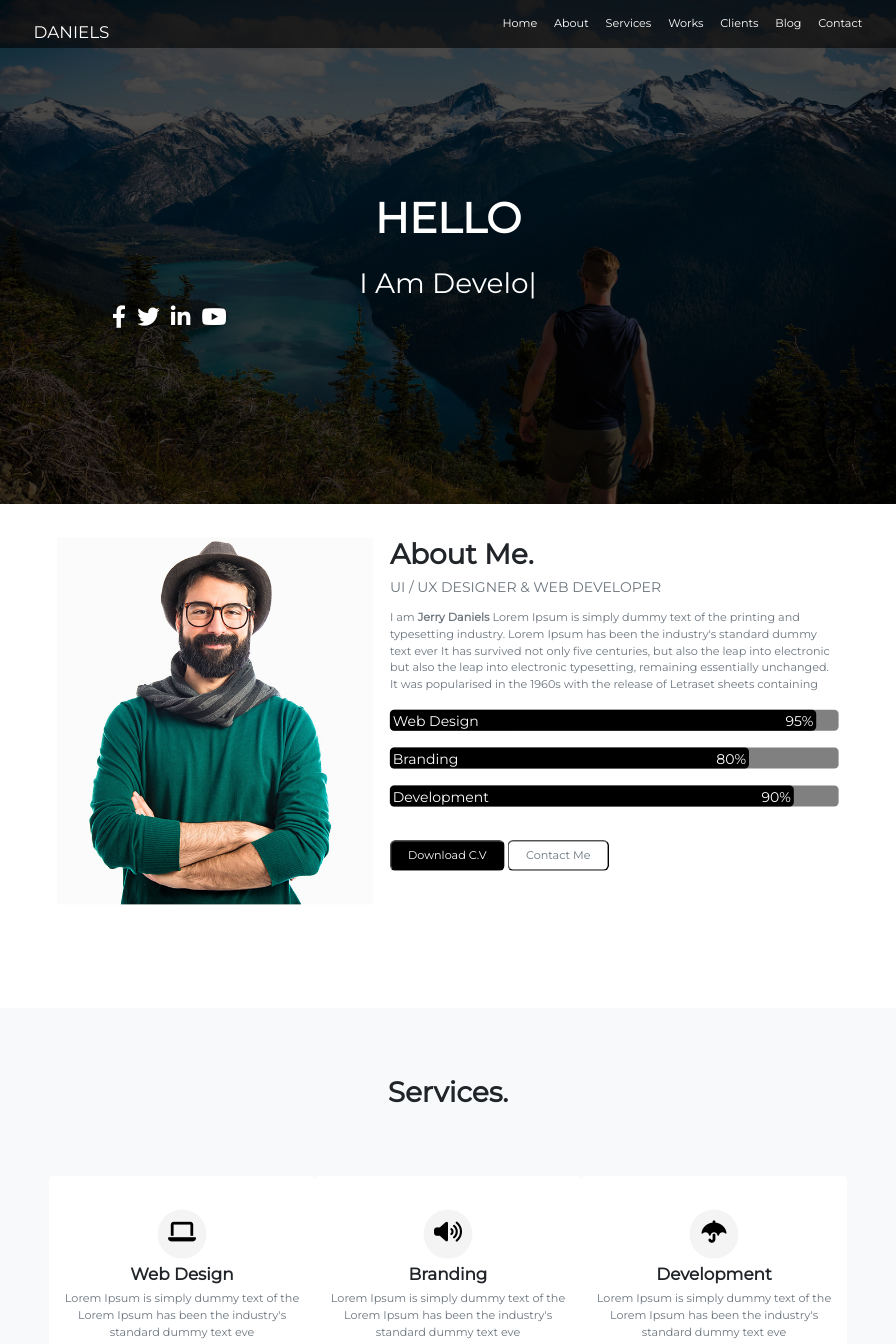
Repository: Souldeer0020/daniels-portofolio
Page: index.html
The author's editor kept a copy of each file at every save. The page is drawn from the files as they stood at one save, then again after the next save.
The browser window is 1280 px wide. The pictures show the part of the page from y = 0 to 1920 px (the page is 5468 px tall), at 70% of full size.

Above is the page before, as saved 2024-07-14 00:03:23.

After the next save:
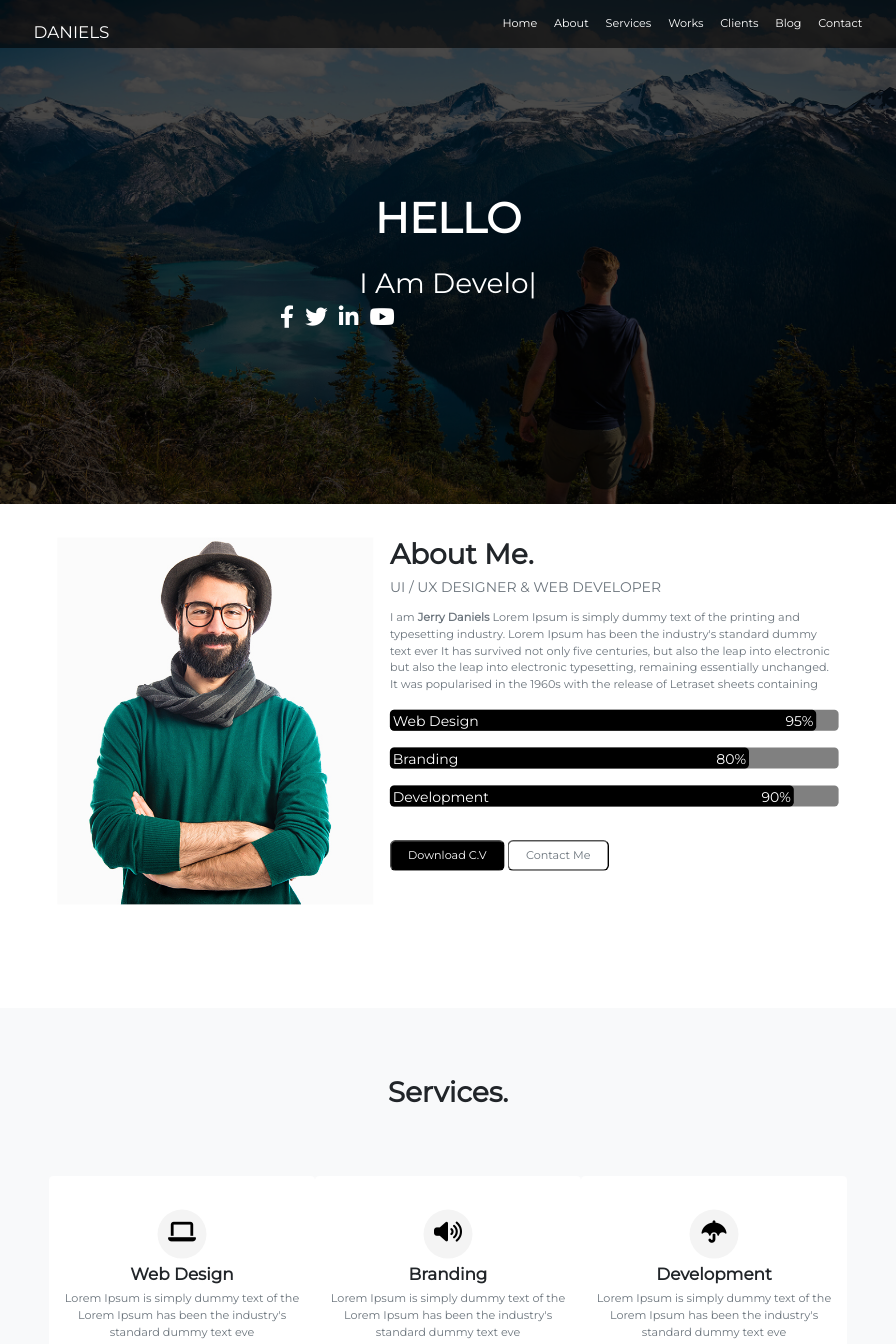
Saved 40 s later.
--- a/index.html
+++ b/index.html
@@ -21,7 +21,7 @@
                     <li class="pe-md-4"><a href="#contact">Contact</a></li>
                 </ul>
             </nav>
-            <div class="content w-75 text-center d-flex flex-column">
+            <div class="content w-75 text-center d-flex flex-column align-items-center">
                 <h1 class="py-md-4">HELLO</h1>
                 <h2 class="w-100">I Am</h2>
                 <div class="icons d-flex">
